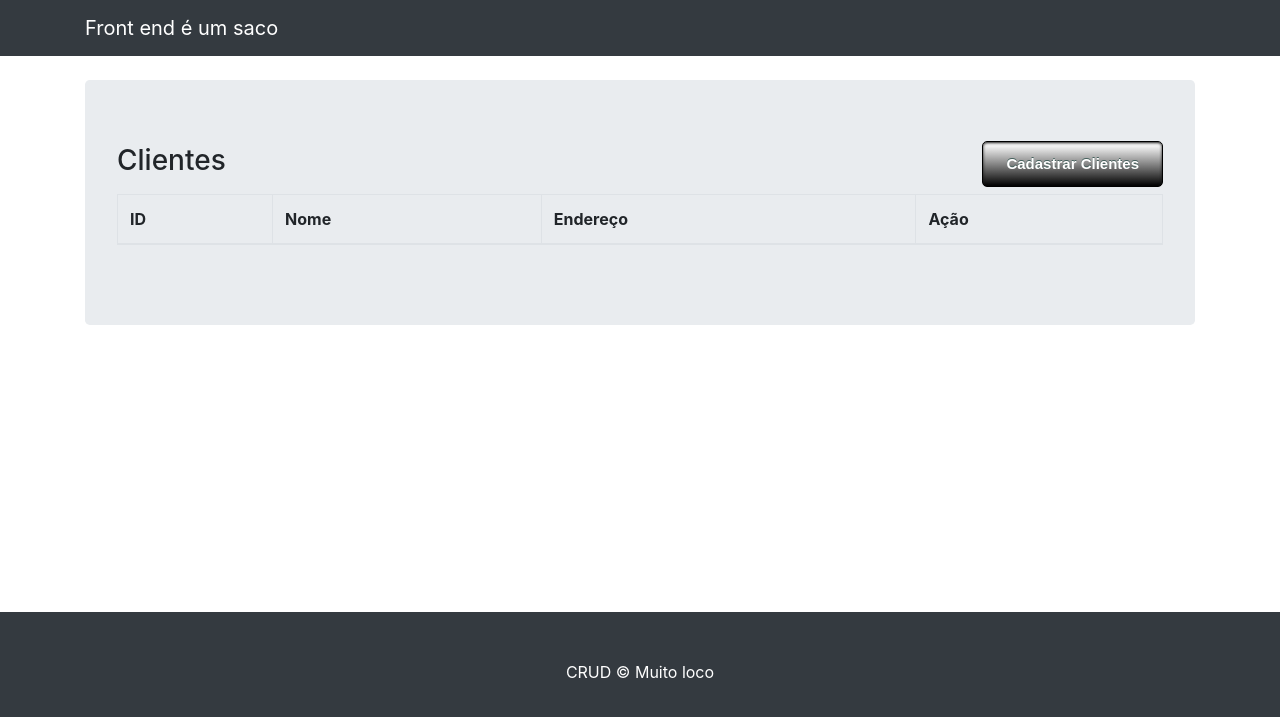
Repository: LucasMontalvao/PHPDACS2020
Page: http://localhost/projeto/site/index.php
The author's editor kept a record of every edit. The page is drawn from the files as they stood at one moment, then again after the next edit.
The browser window is 1280 px wide. The pictures show the whole page.
The page is run by PHP 8.4 with error messages shown; the project is at /var/www/html/. Other server files are loaded and not shown. Queries for data that is not in the repository find no rows.

Above is the page before.

### projeto/site/index.php
<!DOCTYPE html>
<html lang="en">
<?php
   $con = mysqli_connect("localhost","bob","bob","univille");
   $sql = "select * from cliente";
	 $result = mysqli_query($con,$sql);
?>
<head>

  <meta charset="utf-8">
  <meta name="viewport" content="width=device-width, initial-scale=1, shrink-to-fit=no">
  <meta name="description" content="">
  <meta name="author" content="">

  <title>Trabalhin PHP</title>

  <!-- Bootstrap core CSS -->
  <link href="vendor/bootstrap/css/bootstrap.min.css" rel="stylesheet">

  <!-- Custom styles for this template -->
  <link href="css/heroic-features.css" rel="stylesheet">


</head>

<body>

  <!-- Navigation -->
  <nav class="navbar navbar-expand-lg navbar-dark bg-dark fixed-top">
    <div class="container">
      <a class="navbar-brand" href="#">Front end é um saco</a>
      <button class="navbar-toggler" type="button" data-toggle="collapse" data-target="#navbarResponsive" aria-controls="navbarResponsive" aria-expanded="false" aria-label="Toggle navigation">
        <span class="navbar-toggler-icon"></span>
      </button>
      <div class="collapse navbar-collapse" id="navbarResponsive">
        <ul class="navbar-nav ml-auto">
          <!--<li class="nav-item active">-->
          <!--  <a class="nav-link" href="#">Home-->
          <!--    <span class="sr-only">(current)</span>-->
          <!--  </a>-->
          <!--</li>-->
          <!--<li class="nav-item">-->
          <!--  <a class="nav-link" href="#">About</a>-->
          <!--</li>-->
          <!--<li class="nav-item">-->
          <!--  <a class="nav-link" href="#">Services</a>-->
          <!--</li>-->
          <!--<li class="nav-item">-->
          <!--  <a class="nav-link" href="#">Contact</a>-->
          <!--</li>-->
        </ul>
      </div>
    </div>
  </nav>

  <!-- Page Content -->
  <div class="container">

    <!-- Jumbotron Header -->
    <header class="jumbotron my-4">
      <h3>Clientes</h3>
      <a style="float: right;margin-top:-45px;" href="formcliente.php" class="myButton">Cadastrar Clientes</a>
      <p class="lead"></p>
      <table class="table table-bordered table-striped">
        <thead>
          <tr>
              <th>ID</th>
              <th>Nome</th>
              <th>Endereço</th>
              <th>Ação</th>
          </tr>
        </thead>
        <tbody>
          <?php
            while($row = $result->fetch_row()){
				       echo "<tr>";
				   	   	  echo "<td>" . $row[0] . "</td>";
				   	   	  echo "<td>" . $row[1] . "</td>";
				   	   	  echo "<td>" . $row[2] . "</td>";
				   	   	  ?>
				   	   	  <td><a href="clientpage.php?id=<?php echo $row[0]?>" class="btn btn-dark">Edit</a></td>
				   	   	  <td><a href="deletecliente.php?id=<?php echo $row[0]?>" class="btn btn-dark">Excluir</a></td>
				   	   	  <?php
				   	   echo "</tr>";
            }
          ?>
        </tbody>
      </table>
    </header>
  </div>


  <!-- Footer -->
  <footer class="py-5 bg-dark" style="position:absolute; bottom:0; width: 100%; height: 15%;">
    <div class="container">
      <p class="m-0 text-center text-white">CRUD &copy; Muito loco</p>
    </div>
    <!-- /.container -->
  </footer>

  <!-- Bootstrap core JavaScript -->
  <script src="vendor/jquery/jquery.min.js"></script>
  <script src="vendor/bootstrap/js/bootstrap.bundle.min.js"></script>

</body>

</html>

### projeto/site/css/heroic-features.css
/*!
 * Start Bootstrap - Heroic Features (https://startbootstrap.com/template-overviews/heroic-features)
 * Copyright 2013-2019 Start Bootstrap
 * Licensed under MIT (https://github.com/BlackrockDigital/startbootstrap-heroic-features/blob/master/LICENSE)
 */
body {
  padding-top: 56px;
}
.myButton {
	box-shadow:inset 0px 1px 3px 0px #141414;
	background:linear-gradient(to bottom, #ffffff 5%, #000000 100%);
	background-color:#ffffff;
	border-radius:5px;
	border:1px solid #000000;
	display:inline-block;
	cursor:pointer;
	color:#ffffff;
	font-family:Arial;
	font-size:15px;
	font-weight:bold;
	padding:11px 23px;
	text-decoration:none;
	text-shadow:0px -1px 0px #46615d;
}
.myButton:hover {
	background:linear-gradient(to bottom, #000000 5%, #ffffff 100%);
	background-color:#000000;
	text-decoration:none;
	color:#ffffff;
}
.myButton:active {
	position:relative;
	top:1px;
	text-decoration:none;
	color:#ffffff;
}

After the next edit:
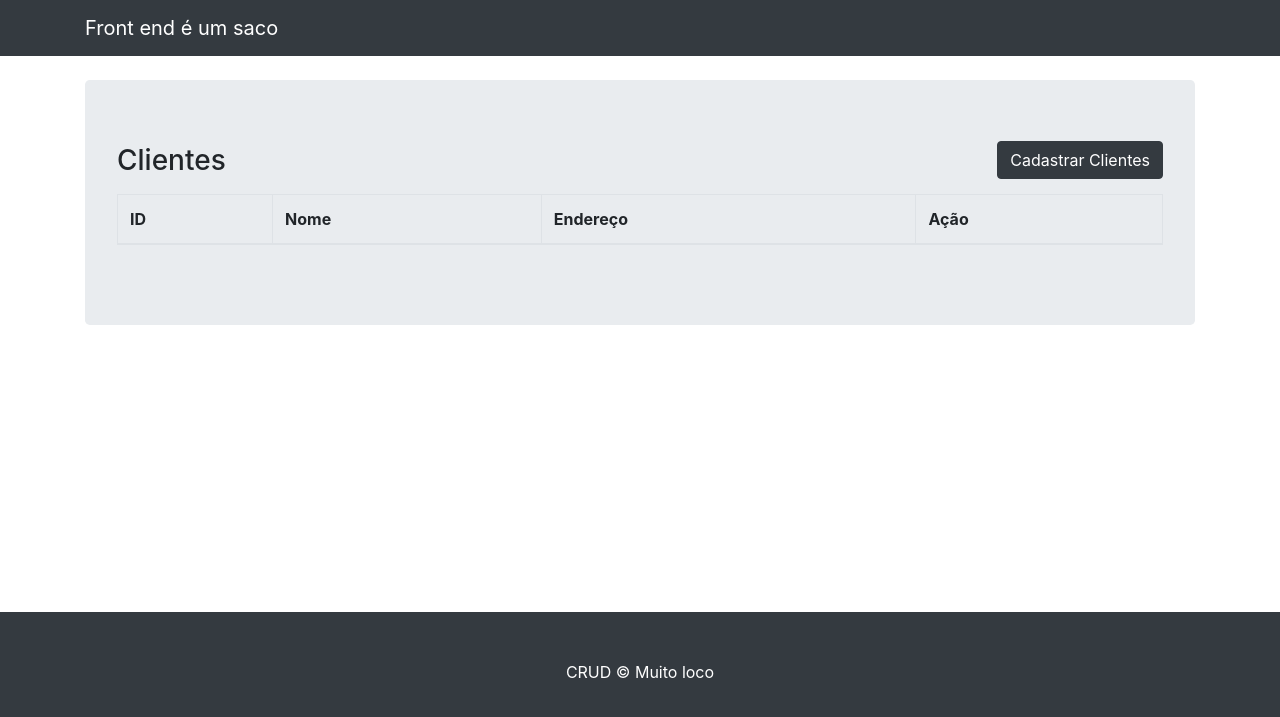
The edit:
--- a/projeto/site/index.php
+++ b/projeto/site/index.php
@@ -59,7 +59,7 @@
     <!-- Jumbotron Header -->
     <header class="jumbotron my-4">
       <h3>Clientes</h3>
-      <a style="float: right;margin-top:-45px;" href="formcliente.php" class="myButton">Cadastrar Clientes</a>
+      <a style="float: right;margin-top:-45px;" href="formcliente.php" class="btn btn-dark">Cadastrar Clientes</a>
       <p class="lead"></p>
       <table class="table table-bordered table-striped">
         <thead>
